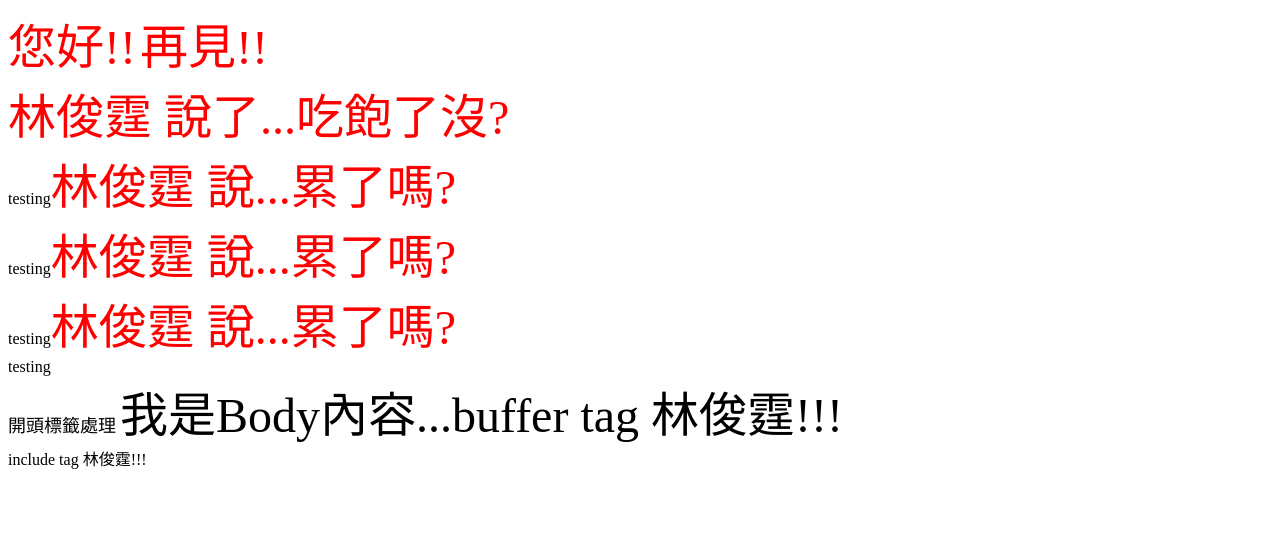
Repository: JunTingLin/web0620
Page: http://localhost/myWeb/testcustomizetag.jsp
The author's editor kept a copy of each file at every save. The page is drawn from the files as they stood at one save, then again after the next save.
The browser window is 1280 px wide. The pictures show the whole page.
The page is served by Tomcat 9.

Above is the page before, as saved 2022-06-25 19:20:18.

After the next save:
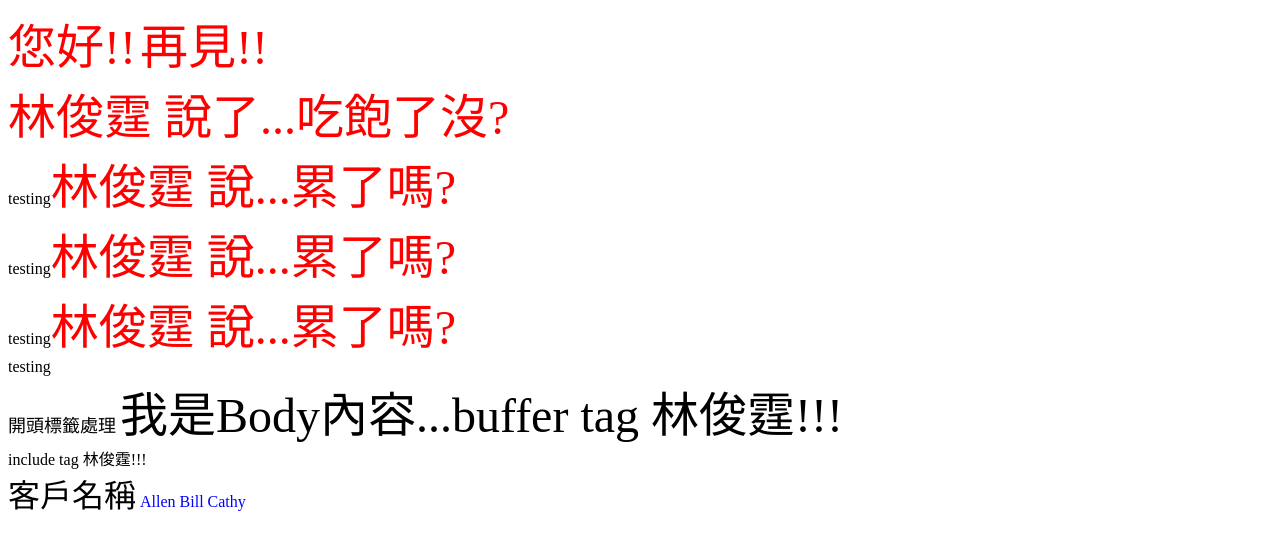
Saved 12 min 1 s later.
--- a/myWeb/src/main/webapp/testcustomizetag.jsp
+++ b/myWeb/src/main/webapp/testcustomizetag.jsp
@@ -1,5 +1,5 @@
 <%@ page language="java" contentType="text/html; charset=UTF-8"
-    pageEncoding="UTF-8"%>
+    pageEncoding="UTF-8" import="java.util.*"%>
 <%@ taglib prefix="junting" uri="http://www.junting.com.tw/tags" %>
 <%@ taglib prefix="c" uri="http://java.sun.com/jsp/jstl/core" %>
 <!DOCTYPE html>
@@ -9,6 +9,13 @@
 <title>Insert title here</title>
 </head>
 <body>
+	<%
+		List<String> data=new ArrayList<>();
+		data.add("Allen");
+		data.add("Bill");
+		data.add("Cathy");
+		pageContext.setAttribute("data",data);
+	%>
 	<c:set var="myname" value="林俊霆"></c:set>
 	<junting:hello/>
 	<br>
@@ -20,5 +27,7 @@
 	<junting:bufferTag>buffer tag ${ myname }!!!</junting:bufferTag>
 	<br>
 	<junting:includeTag>include tag ${ myname }!!!</junting:includeTag>
+	<br>
+	<junting:listData data="${ data }">客戶名稱</junting:listData>
 </body>
 </html>
